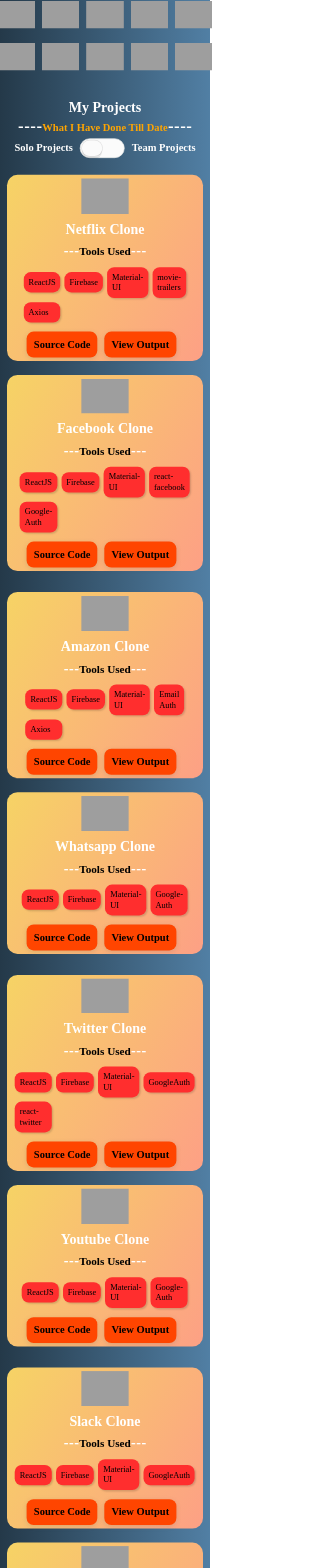
Repository: rgnSayan/my-portfolio-react
Page: /
An editor plug-in stored every save of this project. The page is shown before and after the next save, followed by the edit.
The browser window is 375 px wide. The page is 444 px wide, so the pictures cover 444 px, including what lies to the right of the window. The pictures show the part of the page from y = 704 to 2944 px (the page is 4679 px tall before and 4694 px after), at 70% of full size.
Pictures or frames that could not be fetched are drawn as grey boxes. Some web fonts or font styles are not loaded; a fallback is used. The project was rebuilt for these pictures with package versions that can differ from the ones it lists, and the page was loaded fresh each time. Also part of the build but not shown: src/Components/GroupProjects.css, src/Components/GroupProjects.js. Imported but missing from the stored project, and not drawn on this page: src/document/document.pdf.

Above is the page before, as saved 2021-09-17 02:04:27.

### src/App.js
import React from 'react'
import Sidebar from './Components/Sidebar'
import Home from './Components/Home'
import './App.css';

function App() {
  return (
    <div className="app">
      <Sidebar />
      <Home />
    </div>
  );
}

export default App;

### src/Components/Sidebar.js
import React from 'react'
import FacebookIcon from '@material-ui/icons/Facebook';
import TwitterIcon from '@material-ui/icons/Twitter';
import InstagramIcon from '@material-ui/icons/Instagram';
import LinkedInIcon from '@material-ui/icons/LinkedIn';
import GitHubIcon from '@material-ui/icons/GitHub';
import MenuIcon from '@material-ui/icons/Menu';
import './Sidebar.css'

function Sidebar() {
    return (
        <div className="sidebar">
            <div className="menu__icon">
                <MenuIcon />
            </div>
            <div className="sidebar__photo">
                <img src="https://scontent.fdbd2-1.fna.fbcdn.net/v/t1.6435-9/50722839_1972004216426448_5408939378581962752_n.jpg?_nc_cat=109&ccb=1-5&_nc_sid=174925&_nc_ohc=hJIp246pz9oAX-RyI-j&_nc_ht=scontent.fdbd2-1.fna&oh=cc929815b4dcd171b51b8dd32e2a6384&oe=61610B0F" alt="" />
                <h2>Sayan Mondal</h2>
                <div className="social__media">
                    <a href="https://www.facebook.com/sayan28072000" target="_blank" rel="noreferrer"><FacebookIcon style={{ color: "#4267B2" }} /></a>
                    <a href="https://www.instagram.com/sayan_ronnie/" target="_blank" rel="noreferrer"><InstagramIcon
                        style={{ color: "#cd486b" }} /></a>
                    <a href="https://twitter.com/SAYANMO83622224/" target="_blank" rel="noreferrer"><TwitterIcon
                        style={{ color: "#1DA1F2" }} /></a>
                    <a href="https://www.linkedin.com/in/sayan-mondal-9145731ba/" target="_blank" rel="noreferrer">< LinkedInIcon style={{ color: "#0077b5" }} /></a>
                    <a href="https://github.com/rgnSayan" target="_blank" rel="noreferrer"><GitHubIcon
                        style={{ color: "#4078c0" }} /></a>
                </div>
            </div>

            <div className="sidebar__option">
                <a href="#home"><span>🏠 Home</span></a>
                <a href="#skills"><span>💻 My Skills</span></a>
                <a href="#projects"><span> 📁 My Projects</span></a>
                <a href="#certificates"><span> 📜 Certificates</span></a>
                <a href="#experiences"><span>💼 Experience</span></a>
                <a href="#contact"><span>📞 Contact Me</span></a>
            </div>
        </div>
    )
}

export default Sidebar

### src/Components/Home.js
import React from 'react'
import HomePage from './HomePage'
import './Home.css'
import Projects from './Projects'
import Skills from './Skills'
import Certificates from './Certificates'
import Experience from './Experience'
import Contact from './Contact'

function Home() {
    return (
        <div className="home">
            <HomePage />
            <Skills />
            <Projects />
            <Certificates />
            <Experience />
            <Contact />
        </div>
    )
}

export default Home

### src/App.css
* {
  margin: 0;
}
.app {
  display: flex;
}

::-webkit-scrollbar {
  width: 15px;
}

::-webkit-scrollbar-track {
  box-shadow: inset 0 0 5px #000;
  border-radius: 10px;
  background-color: black;
}

::-webkit-scrollbar-thumb {
  background: orange;
  border-radius: 10px;
}

### src/Components/Sidebar.css
@import url("https://fonts.googleapis.com/css2?family=Redressed&display=swap");
.sidebar {
  display: flex;
  flex-direction: column;
  flex: 0.2;
  background-color: #272829;
  height: 100vh;
  box-shadow: rgba(0, 0, 0, 0.15) 1.95px 1.95px 2.6px;
  position: sticky;
  z-index: 1;
  top: 0;
  left: 0;
}

.sidebar__photo > img {
  height: 120px;
  width: 120px;
  border-radius: 50%;
  border: 7px solid yellow;
}

.sidebar__photo {
  display: flex;
  align-items: center;
  justify-content: center;
  flex-direction: column;
  margin-top: 10px;
}

.sidebar__photo > h2 {
  font-family: Redressed;
  font-size: 30px;
  padding-top: 10px;
  color: #fff;
}

.sidebar__option {
  display: flex;
  flex-direction: column;
  margin-top: 10px;
  margin-left: 20px;
  line-height: 2.1;
}
.sidebar__option a {
  text-decoration: none;
}

.sidebar__option a > span {
  font-size: 25px;
  font-family: "Redressed", cursive;
  text-align: start;
  font-weight: 500;
  color: #fff;
  /* text-decoration: none; */
}

.sidebar__option a > span:hover {
  cursor: pointer;
  font-weight: 700;
  transition: all 0.5s ease-in-out;
  color: orange;
}

.social__media a > .MuiSvgIcon-root {
  color: black;
  background-color: orange;
  border-radius: 50%;
  padding: 7px;
  margin-right: 5px;
  margin-top: 5px;
  cursor: pointer;
  animation: spin 10s linear infinite;
  animation-play-state: paused;
}
.social__media a > .MuiSvgIcon-root:hover {
  animation-play-state: running;
}
@keyframes spin {
  100% {
    transform: rotate(1turn);
  }
}
.menu__icon > .MuiSvgIcon-root {
  display: none;
}

@media screen and (max-width: 450px) {
  .menu__icon > .MuiSvgIcon-root {
    display: flex;
    color: orange;
    font-size: 2em;
    margin: 0.5em;
  }
  .sidebar {
    display: none;
  }
}

### src/Components/HomePage.js
import React from 'react'
import PersonIcon from '@material-ui/icons/Person';
import './HomePage.css'

function HomePage() {
    return (
        <div className="homePage" id="home">
            <div className="homePage__details">
                <h3>Hi THERE ! </h3>
                <h1> I'M <span>Sayan Mondal</span></h1>
                <p>I'm a Front End Engineer from Durgapur, West Bengal☀️.<br /> I describe myself as a passionate developer who loves coding, open source, and the web platform 💻.I am Currently Pursuing BTech From KIIT University.Bhubaneswar 🎓.</p>
            </div>
            <div className="about__me">
                <label>About Me</label>
                <PersonIcon />
            </div>
        </div>
    )
}

export default HomePage

### src/Components/Home.css
.home {
  display: flex;
  flex: 0.8;
  flex-direction: column;
  background-image: linear-gradient(to right, #243949 0%, #517fa4 100%);
  width: 80vw;
  height: 100%;
  padding-bottom: 30px;
}

@media screen and (min-width: 450px) {
  .home {
    width: 100vw;
  }
}

### src/Components/Projects.js
import React, { useState } from 'react'
import SoloProjects from './SoloProjects'
import GroupProjects from './GroupProjects'
import './Projects.css'

function Projects() {
    const [soloProjectSelected, setSoloProjectSelected] = useState(true);
    return (
        <div className="project__container" id="projects">
            <div className="projects">
                <h1>My Projects</h1>
                <h3>----<span>What I Have Done Till Date</span>----</h3>
            </div>
            <div className="project__cards">
                <div className="projects__toggleSwitch">
                    <h4>Solo Projects</h4>
                    <input
                        class="tgl tgl-ios"
                        id="cb2"
                        type="checkbox"
                        onChange={(e) => setSoloProjectSelected(!soloProjectSelected)}
                    />
                    <label class="tgl-btn" for="cb2"></label>
                    <h4>Team Projects</h4>
                </div>
                <div className="projects__content">
                    {soloProjectSelected ? <SoloProjects /> : <GroupProjects />}
                </div>
            </div>
        </div>
    )
}

export default Projects

### src/Components/Skills.js
import React from 'react'
import './Skills.css'

function Skills() {
    return (
        <div className="skills" id="skills">
            <div className="skills__header">
                <h1>My Skills</h1>
                <h3>---<span>Things I Know</span>---</h3>
            </div>
            <div className="skills__content">
                <img src="https://cdn.pixabay.com/photo/2017/08/05/11/16/logo-2582748_640.png" alt="" />
                <img src="https://cdn.freelogovectors.net/wp-content/uploads/2020/04/css-3-logo.png" alt="" />
                <img src="https://i0.wp.com/asthaandsidharth.com/wp-content/uploads/2016/03/js-logo.png?fit=500%2C500&ssl=1" alt="" />
                <img src="https://upload.wikimedia.org/wikipedia/commons/thumb/a/a7/React-icon.svg/1280px-React-icon.svg.png" alt="" />

            </div>
            <div className="skills__content">
                <img src="https://upload.wikimedia.org/wikipedia/commons/thumb/1/18/C_Programming_Language.svg/1200px-C_Programming_Language.svg.png" alt="" />
                <img src="https://upload.wikimedia.org/wikipedia/commons/thumb/1/18/ISO_C%2B%2B_Logo.svg/1200px-ISO_C%2B%2B_Logo.svg.png" alt="" />
                <img src="https://upload.wikimedia.org/wikipedia/commons/thumb/c/c3/Python-logo-notext.svg/1200px-Python-logo-notext.svg.png" alt="" />
                <img src="https://i.pinimg.com/originals/41/95/cf/4195cf989fac0128a89669f40a1e3496.png" alt="" />
                <img src="https://material-ui.com/static/logo.png" alt="" />
            </div>
            <div className="skills__content">
                <img src="https://www.freepnglogos.com/uploads/logo-mysql-png/logo-mysql-mysql-logo-png-images-are-download-crazypng-21.png" alt="" />
                <img src="https://github.githubassets.com/images/modules/logos_page/GitHub-Mark.png" alt="" />
                <img src="https://cdn.dribbble.com/users/528264/screenshots/3140440/firebase_logo.png" alt="" />
                <img src="https://about.gitlab.com/images/press/logo/png/gitlab-logo-gray-stacked-rgb.png" alt="" />
                <img src="https://www.kindpng.com/picc/m/188-1882559_python-flask-hd-png-download.png" alt="" />
            </div>
        </div>
    )
}

export default Skills

### src/Components/Certificates.js
import React from 'react'
import './Certificates.css'
import javascript from '../images/javaScript.png'
import juspay from '../images/Juspay.png'
import ps from '../images/ProblemSolving.png'
import react from '../images/React.png'
import sql from '../images/SQL.png'
import pv from '../images/PV.jpg'

function Certificates() {
    return (
        <div className="certificates" id="certificates" >
            <div className="certificates__header">
                <h1>My Certificates</h1>
                <h4>---<span>Achievements</span>---</h4>
            </div>
            <div className="certificates__container">
                <img src={pv} alt="###" />
                <img src={juspay} alt="###" />
            </div>
            <div className="certificates__container">
                <img src={ps} alt="###" />
                <img src={react} alt="###" />
            </div>
            <div className="certificates__container container3">
                <img src={sql} alt="###" />
                <img src={javascript} alt="###" />
            </div>
        </div>
    )
}

export default Certificates

### src/Components/Experience.js
import React from 'react'
import document from '../document/document.pdf'
import './Experience.css'

function Experience() {
    return (
        <div className="experience" id="experiences">
            <div className="experience__header">
                <h1>Experience</h1>
                <h4>---<span>My Adventure</span>---</h4>
            </div>

            <div className="experience__content">

                <div className="experience__container">
                    <div className="container__id">
                        <p>1</p>
                    </div>
                    <div className="container__header">
                        <h2>Prime Vogue</h2>
                        <h4>5th July 2021 - 10 Sep 2021</h4>
                        <h3> Front End Developer </h3>
                    </div>
                    <div className="container__body">
                        <p>During the period, I handled Designing & Development of the website as a web developer. I worked on various frameworks including ReactJS, Redux, Material-UI, Firebase.</p>
                    </div>
                    <div className="container__skills">
                        <p>HTML</p>
                        <p>CSS</p>
                        <p>JavaScript</p>
                        <p>ReactJS</p>
                        <p>Firebase</p>
                        <p>Redux</p>
                    </div>
                    <div className="container__button">
                        <a href={document} target="_blank" rel="noreferrer">
                            <button>View Docs</button>
                        </a>
                    </div>
                </div>

                <div className="experience__container">
                    <div className="container__id">
                        <p>2</p>
                    </div>
                    <div className="container__header">
                        <h2>Oye Beauty</h2>
                        <h4>6th August 2021 - Present</h4>
                        <h3> Front End Developer </h3>
                    </div>
                    <div className="container__body">
                        <p>During the period, I am handling Designing & Development of the website as a web developer. I worked on various frameworks including ReactJS, Redux ,Firebase,Github.</p>
                    </div>
                    <div className="container__skills">
                        <p>HTML</p>
                        <p>CSS</p>
                        <p>JavaScript</p>
                        <p>ReactJS</p>
                    </div>
                    <div className="container__skills">
                        <p>Firebase</p>
                        <p>Redux</p>
                        <p>Axios</p>
                    </div>
                </div>
            </div>
        </div>
    )
}

export default Experience

### src/Components/Contact.js
import React from 'react'
import PhoneIcon from '@material-ui/icons/Phone';
import MailIcon from '@material-ui/icons/Mail';
import RoomIcon from '@material-ui/icons/Room';
import './Contact.css'

function Contact() {
    return (
        <div className="contact" id="contact">

            <div className="contact__header">
                <h1>Contact</h1>
                <h4>---<span>How To Reach Me</span>---</h4>
            </div>

            <div className="contact__container">
                <div className="contact__phone">
                    <PhoneIcon style={{ color: "4285F4" }} />
                    <h3>+91 8967697371</h3>
                </div>
                <div className="contact__location">
                    <a href="https://www.google.com/maps/@23.5673375,87.2730191,16z" target="_blank" rel="noreferrer">
                        <RoomIcon style={{ color: 'FF0000' }} />
                    </a>
                    <h3>Durgapur, West Bengal</h3>
                </div>
                <div className="contact__mail">
                    <a href="mailto:1805603@kiit.ac.in" target="_blank" rel="noreferrer">
                        <MailIcon style={{ color: "EA4335" }} />
                    </a>
                    <h3>1805603@kiit.ac.in</h3>
                </div>
            </div>

        </div >
    )
}

export default Contact

### src/Components/HomePage.css
.homePage__details > h3 {
  color: #fff;
  font-family: Redressed;
  font-size: 35px;
  margin-top: 100px;
  margin-left: 23%;
}

.homePage__details > h1 {
  color: #fff;
  font-family: Redressed;
  font-size: 80px;
  padding-top: 15px;
  text-align: center;
}
.homePage__details > h1 > span {
  color: orange;
}
.homePage__details > p {
  color: white;
  font-family: Redressed;
  text-align: start;
  font-size: 25px;
  margin: 2% 24%;
}
.about__me {
  display: flex;
  align-items: center;
  justify-content: center;
  background-color: orange;
  padding: 10px;
  width: 110px;
  margin-left: 24%;
  border-radius: 15px;
  margin-bottom: 13%;
}

.about__me > label {
  color: white;
  font-size: 20px;
  font-family: Redressed;
  padding-right: 10px;
  text-transform: capitalize;
  color: black;
}

.about__me > .MuiSvgIcon-root {
  color: black;
}

@media screen and (max-width: 450px) {
  .homePage__details > h3 {
    font-size: 30px;
    margin-left: 2%;
  }
  .homePage__details > h1 {
    font-size: 40px;
    padding-bottom: 10%;
  }
  .homePage__details > p {
    text-align: center;
    font-size: 20px;
    margin: 0% 2%;
    line-height: 1.8;
    padding-bottom: 10%;
  }
  .homePage__details {
    margin-top: -30%;
  }
  .about__me {
    margin-bottom: 15%;
    margin-left: 28%;
  }
}

### src/Components/Projects.css
.projects > h1 {
  color: #fff;
  font-size: 30px;
  font-family: Redressed;
  text-align: center;
  margin-top: 10px;
}
.projects > h3 {
  color: #fff;
  text-align: center;
  padding-top: 5px;
}
.projects > h3 > span {
  color: orange;
  font-family: Redressed;
  font-size: 30px;
}
.tgl {
  display: none;
}

.tgl,
.tgl:after,
.tgl:before,
.tgl *,
.tgl *:after,
.tgl *:before,
.tgl + .tgl-btn {
  box-sizing: border-box;
}

.tgl::-moz-selection,
.tgl:after::-moz-selection,
.tgl:before::-moz-selection,
.tgl *::-moz-selection,
.tgl *:after::-moz-selection,
.tgl *:before::-moz-selection,
.tgl + .tgl-btn::-moz-selection {
  background: none;
}

.tgl::selection,
.tgl:after::selection,
.tgl:before::selection,
.tgl *::selection,
.tgl *:after::selection,
.tgl *:before::selection,
.tgl + .tgl-btn::selection {
  background: none;
}

.tgl + .tgl-btn {
  outline: 0;
  display: block;
  width: 4em;
  height: 1.75em;
  position: relative;
  cursor: pointer;
  -webkit-user-select: none;
  -moz-user-select: none;
  -ms-user-select: none;
  user-select: none;
}

.tgl + .tgl-btn:after,
.tgl + .tgl-btn:before {
  position: relative;
  display: block;
  content: "";
  width: 50%;
  height: 100%;
}

.tgl + .tgl-btn:after {
  left: 0;
}

.tgl + .tgl-btn:before {
  display: none;
}

.tgl:checked + .tgl-btn:after {
  left: 50%;
}

.tgl-ios + .tgl-btn {
  background: #fbfbfb;
  border-radius: 2em;
  padding: 2px;
  transition: all 0.4s ease;
  border: 1px solid #e8eae9;
}

.tgl-ios + .tgl-btn:after {
  border-radius: 2em;
  background: #fbfbfb;
  transition: left 0.3s cubic-bezier(0.175, 0.885, 0.32, 1.275),
    padding 0.3s ease, margin 0.3s ease;
  box-shadow: 0 0 0 1px rgba(0, 0, 0, 0.1), 0 4px 0 rgba(0, 0, 0, 0.08);
}

.tgl-ios + .tgl-btn:hover:after {
  will-change: padding;
}

.tgl-ios + .tgl-btn:active {
  box-shadow: inset 0 0 0 2em #e8eae9;
}

.tgl-ios + .tgl-btn:active:after {
  padding-right: 0.8em;
}

.tgl-ios:checked + .tgl-btn {
  background: orange;
}

.tgl-ios:checked + .tgl-btn:active {
  box-shadow: none;
}

.tgl-ios:checked + .tgl-btn:active:after {
  margin-left: -0.8em;
}
.projects__toggleSwitch > h4 {
  color: #fff;
  font-size: 20px;
  text-align: center;
  font-family: Redressed;
  padding: 10px;
}
.projects__toggleSwitch {
  display: flex;
  align-items: center;
  justify-content: center;
}

@media screen and (max-width: 450px) {
  .projects > h1 {
    font-size: 20px;
  }
  .projects > h3 > span {
    font-size: 15px;
  }
  .projects__toggleSwitch > h4 {
    font-size: 15px;
  }
}

### src/Components/Skills.css
.skills {
  padding-bottom: 7%;
}

.skills__header > h1 {
  color: #fff;
  font-family: Redressed;
  text-align: center;
}
.skills__header > h3 {
  color: #fff;
  font-family: Redressed;
  text-align: center;
}
.skills__header > h3 > span {
  color: orange;
}
.skills__content > img {
  height: 105px;
  width: auto;
  padding: 20px;
  cursor: pointer;
  transition: transform 0.2s;
}

.skills__content {
  display: flex;
  align-items: center;
  justify-content: space-evenly;
}
.skills__content > img:hover {
  transform: scale(1.5);
}

@media screen and (max-width: 450px) {
  .skills__content > img {
    height: 40px;
    padding: 10px 5px;
  }
  .skills__content {
    justify-content: center;
  }
}

### src/Components/Certificates.css
.certificates__header > h1 {
  color: #fff;
  font-size: 40px;
  font-weight: bold;
  font-family: Redressed;
  text-align: center;
}
.certificates__header {
  line-height: 1.5;
}
.certificates__header > h4 {
  color: #fff;
  font-family: Redressed;
  font-size: 20px;
  text-align: center;
}
.certificates__header > h4 > span {
  color: orange;
}
.certificates__container > img {
  height: 40%;
  width: 45%;
  margin: 10px;
}
.certificates__container {
  margin: 10px;
  display: flex;
  align-items: center;
  justify-content: center;
}
.certificates__container > img:hover {
  transform: translateY(-10px);
  box-shadow: rgba(0, 0, 0, 0.35) 0px 5px 15px;
}

### src/Components/Experience.css
.experience {
  padding-top: 10px;
}

.experience__header > h1 {
  color: #fff;
  text-align: center;
  font-family: Redressed;
  font-size: 40px;
  font-weight: bold;
}
.experience__header > h4 {
  color: #fff;
  text-align: center;
  font-family: Redressed;
  font-size: 20px;
}
.experience__header > h4 > span {
  color: orange;
}

.container__id > p {
  color: #fff;
  font-size: 40px;
  border-radius: 50%;
  padding: 10px 25px;
  background-color: #6c757d;
  font-family: Redressed;
}

.container__id {
  display: flex;
  align-items: center;
  justify-content: center;
}

.experience__content {
  display: flex;
  margin-top: 2%;
}

.experience__container {
  margin: 15px;
  width: 45%;
  padding: 15px;
  background-image: linear-gradient(120deg, #f6d365 0%, #fda085 100%);
  border-radius: 20px;
}

.container__header > h2 {
  text-align: center;
  font-family: Redressed;
  font-size: 30px;
}
.container__header > h4 {
  text-align: center;
  font-family: Redressed;
  font-size: 15px;
}

.container__header > h3 {
  text-align: center;
  font-family: Redressed;
  font-size: 25px;
  font-weight: bold;
}
.container__header {
  line-height: 1.5;
  margin-bottom: 15px;
}
.container__body {
  text-align: justify;
  font-family: Redressed;
  margin-bottom: 15px;
}

.container__skills {
  display: flex;
  align-items: center;
  justify-content: center;
}
.container__skills > p {
  color: #fff;
  font-family: Redressed;
  background-color: orangered;
  margin: 5px;
  padding: 10px;
  border-radius: 10px;
  cursor: pointer;
}

.container__button a > button {
  padding: 15px 25px;
  border-radius: 10px;
  background-color: red;
  border: none;
  color: #fff;
  font-family: Redressed;
  cursor: pointer;
}

.container__button {
  display: flex;
  align-items: center;
  justify-content: center;
  margin-top: 30px;
}

### src/Components/Contact.css
.contact__header > h1 {
  font-size: 40px;
  text-align: center;
  color: #fff;
  font-weight: bold;
  font-family: Redressed;
  padding-top: 5%;
}

.contact__header > h4 {
  font-size: 20px;
  text-align: center;
  color: #fff;
  font-family: Redressed;
}
.contact__header > h4 > span {
  color: orange;
}

.contact__header {
  margin-bottom: 2%;
}

.contact__container {
  display: flex;
  align-items: center;
  justify-content: space-evenly;
}
.contact__phone {
  display: flex;
  align-items: center;
  justify-content: center;
  flex-direction: column;
  cursor: pointer;
}

.contact__phone > .MuiSvgIcon-root {
  color: #fff;
  padding: 10px;
  background-color: #fbbc05;
  border-radius: 50%;
  margin: 10px;
}
.contact__phone > .MuiSvgIcon-root:hover {
  transform: translateY(-10px);
}

.contact__phone > h3 {
  color: #fff;
  font-family: Redressed;
}
.contact__mail {
  display: flex;
  align-items: center;
  justify-content: center;
  flex-direction: column;
  cursor: pointer;
}
.contact__mail a > .MuiSvgIcon-root {
  color: #fff;
  padding: 10px;
  background-color: #fbbc05;
  border-radius: 50%;
  margin: 10px;
  text-decoration: none;
}

.contact__mail a > .MuiSvgIcon-root:hover {
  transform: translateY(-10px);
}

.contact__mail > h3 {
  color: #fff;
  font-family: Redressed;
}
.contact__location {
  display: flex;
  align-items: center;
  justify-content: center;
  flex-direction: column;
  cursor: pointer;
}
.contact__location a > .MuiSvgIcon-root {
  color: #fff;
  padding: 10px;
  background-color: #fbbc05;
  border-radius: 50%;
  margin: 10px;
}
.contact__location a > .MuiSvgIcon-root:hover {
  transform: translateY(-10px);
}

.contact__location > h3 {
  color: #fff;
  font-family: Redressed;
}

### src/Components/SoloProjects.css
.soloProjects {
  display: flex;
  margin-top: 10px;
}

.soloProjects__card > img {
  height: 25%;
  width: 25%;
}
.soloProjects__card > img:hover {
  transform: scale(1.5);
}

.soloProjects__card > img.grow {
  transition: all 0.2s ease-in-out;
}

.soloProjects__card {
  display: flex;
  align-items: center;
  justify-content: center;
  flex-direction: column;
  margin: 5px 15px;
  background-image: linear-gradient(120deg, #f6d365 0%, #fda085 100%);
  padding: 10px;
  border-radius: 15px;
  height: 100%;
}

.soloProjects__card > h1 {
  color: #fff;
  font-size: 30px;
  font-weight: bold;
  font-family: Redressed;
  padding: 10px;
  text-align: center;
}
.soloProjects__card > ul {
  list-style: none;
  display: flex;
  align-items: center;
  justify-content: center;
  margin-top: 10px;
}
.soloProjects__card > ul > li {
  padding: 7px;
  font-size: 20px;
  font-family: Redressed;
  background-color: #ff2e2e;
  margin: 5px;
  border-radius: 10px;
  box-shadow: rgba(0, 0, 0, 0.15) 1.95px 1.95px 2.6px;
}
.soloProjects__card > ul > li:hover {
  transform: translateY(-15px);
}

.soloProjects__card > h4 {
  color: #fff;
  text-align: center;
}
.soloProjects__card > h4 > span {
  color: black;
  font-family: Redressed;
}
.soloProjects__button a > button {
  text-decoration: none;
  background-color: orangered;
  border: none;
  padding: 15px;
  border-radius: 10px;
  margin-right: 10px;
  margin-top: 10px;
  font-family: Redressed;
  font-weight: bold;
  font-size: 20px;
  box-shadow: rgba(99, 99, 99, 0.2) 0px 2px 8px 0px;
}

@media screen and (max-width: 450px) {
  .soloProjects {
    flex-direction: column;
  }
  .soloProjects__card > h1 {
    font-size: 20px;
  }
  .soloProjects__card > ul > li {
    font-size: 12px;
    margin: 3px;
  }
  .soloProjects__card > ul {
    display: grid;
    margin-right: 15%;
    grid-template-columns: auto auto auto auto;
  }
  .soloProjects__button a > button {
    font-size: 15px;
    padding: 10px;
  }
  .soloProjects__card {
    margin: 10px;
    padding: 5px;
  }
}

Loaded but not shown: public/index.html (common file); src/index.js (common file); src/index.css (common file); src/reportWebVitals.js (common file); src/Components/SoloProjects.js (184 lines, source omitted)

After the next save:
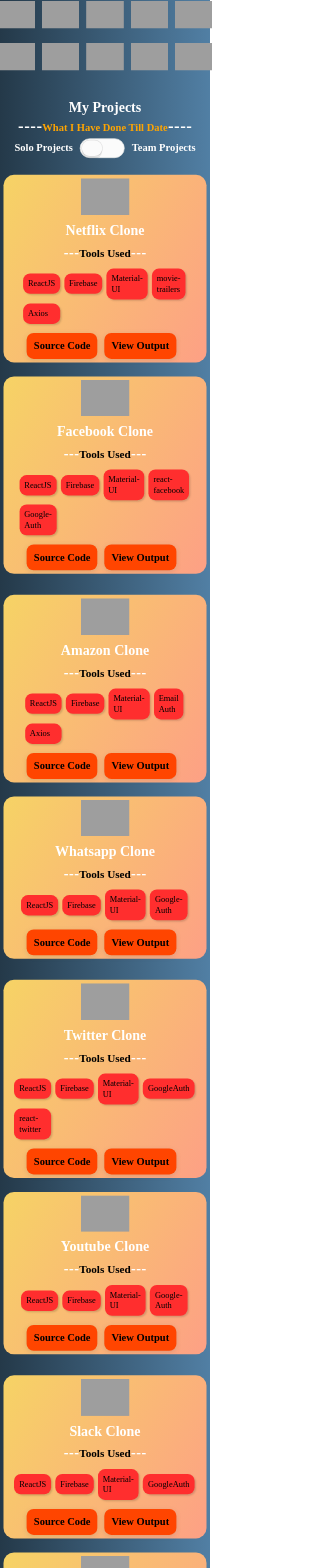
Saved 28 s later.
--- a/src/Components/SoloProjects.css
+++ b/src/Components/SoloProjects.css
@@ -98,7 +98,7 @@
     padding: 10px;
   }
   .soloProjects__card {
-    margin: 10px;
+    margin: 10px 5px;
     padding: 5px;
   }
 }
